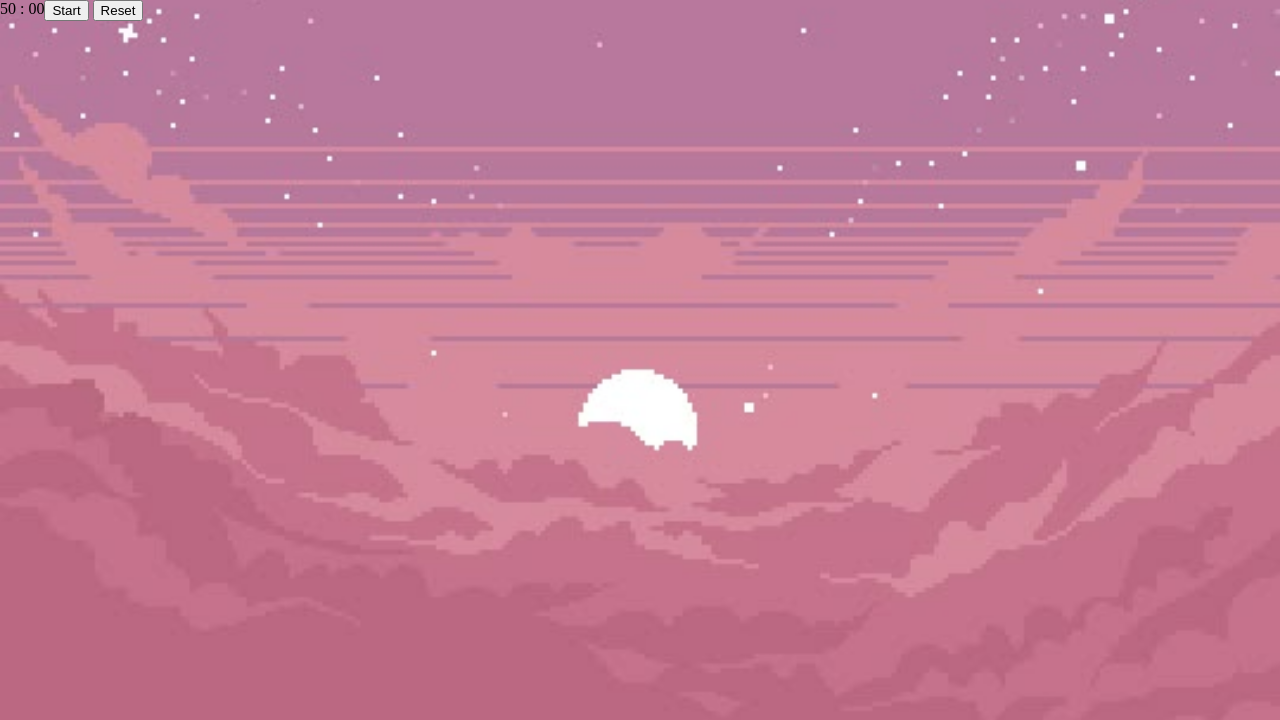
Repository: niharikapatil2306/Study-Timer
Page: index.html
An editor plug-in stored every save of this project. The page is shown before and after a run of saves, followed by the edit.
The browser window is 1280 px wide. The pictures show the whole page.

Above is the page before, as saved 2025-02-15 15:28:29.

After the next 2 saves:
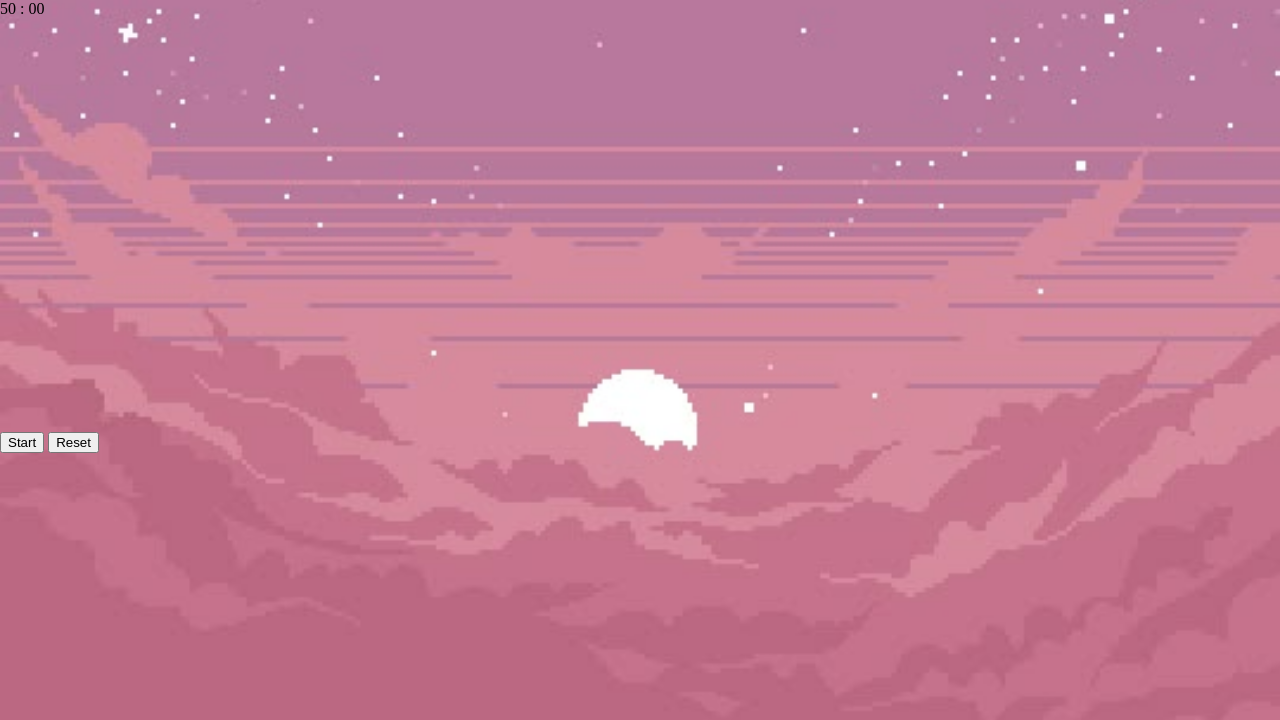
The 2 saves are shown as one change because they came seconds apart.
The last was saved 7 s later.
--- a/style.css
+++ b/style.css
@@ -8,8 +8,9 @@ body {
 .container{
     height: 100vh;
     display: flex;
-    flex-direction: column
-    flex-wrap: nowrap
+    flex-direction: column;
+    flex-wrap: nowrap;
+
     /*
     ;
     ;
